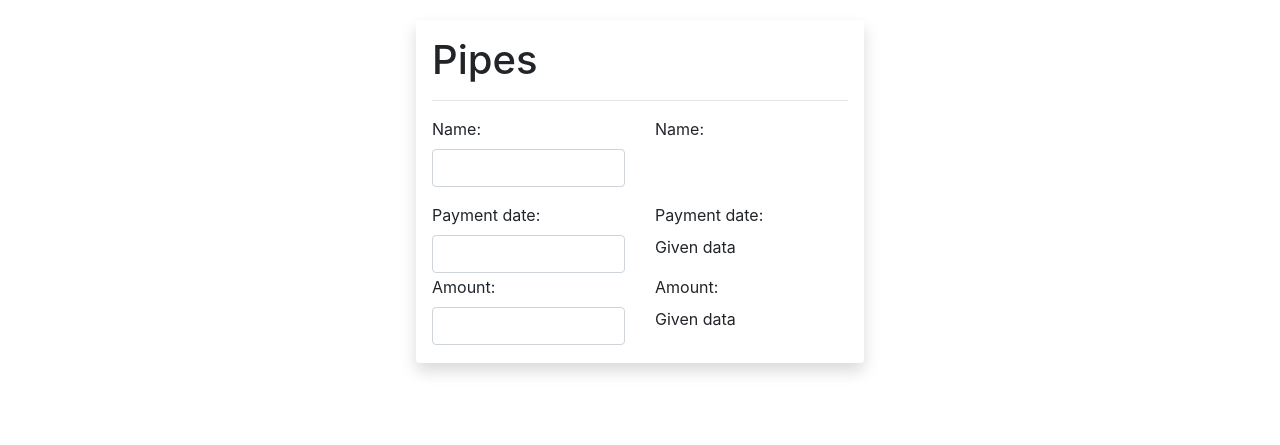
Repository: Evincars/udemy-angular
Page: / (app in pipes/)
An editor plug-in stored every save of this project. The page is shown before and after the next save, followed by the edit.
The browser window is 1280 px wide. The pictures show the whole page.
The project was rebuilt for these pictures with package versions that can differ from the ones it lists, and the page was loaded fresh each time. Also part of the build but not shown: pipes/angular.json.

Above is the page before, as saved 2020-04-05 10:23:25.

### pipes/src/app/app.component.ts
import { Component } from '@angular/core';

@Component({
  selector: 'app-root',
  templateUrl: './app.component.html',
  styleUrls: ['./app.component.scss']
})
export class AppComponent {
  public name: string = '';

  public onNameChange(enteredName: string) {
    this.name = enteredName;
  }
}

### pipes/src/app/app.component.html
<div class="container shadow p-3 mb-5 bg-white rounded">
  <h1>Pipes</h1>
  <hr />
  <div class="row my-3">
    <div class="col-md-6">
      <label>Name:</label>
      <input
        type="text"
        class="form-control"
        (input)="onNameChange($event.target.value)"
      />
    </div>
    <div class="col-md-6">
      <label>Name:</label>
      <p>{{ name }}</p>
    </div>
  </div>
  <div class="row">
    <div class="col-md-6">
      <label>Payment date:</label>
      <input type="text" class="form-control" />
    </div>
    <div class="col-md-6">
      <label>Payment date:</label>
      <p>Given data</p>
    </div>
  </div>
  <div class="row">
    <div class="col-md-6">
      <label>Amount:</label>
      <input type="text" class="form-control" />
    </div>
    <div class="col-md-6">
      <label>Amount:</label>
      <p>Given data</p>
    </div>
  </div>
</div>

### pipes/src/app/app.component.scss
.container {
  margin-top: 20px;
  width: 35%;
}

Loaded but not shown: pipes/src/index.html (common file); pipes/src/styles.scss (common file); pipes/src/main.ts (common file); pipes/src/app/app.module.ts (common file); pipes/src/environments/environment.ts (common file)

After the next save:
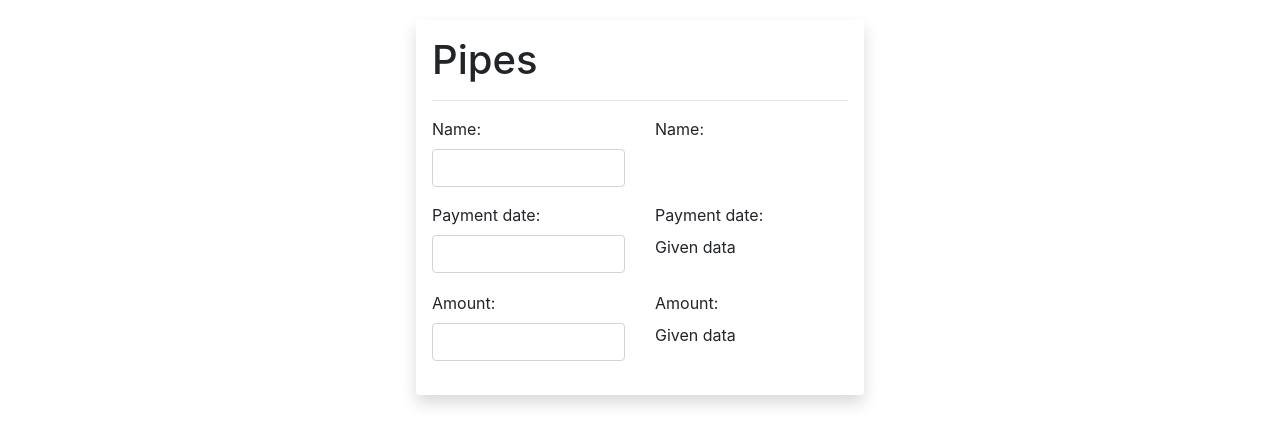
Saved 12 s later.
--- a/pipes/src/app/app.component.html
+++ b/pipes/src/app/app.component.html
@@ -15,7 +15,7 @@
       <p>{{ name }}</p>
     </div>
   </div>
-  <div class="row">
+  <div class="row my-3">
     <div class="col-md-6">
       <label>Payment date:</label>
       <input type="text" class="form-control" />
@@ -25,7 +25,7 @@
       <p>Given data</p>
     </div>
   </div>
-  <div class="row">
+  <div class="row my-3">
     <div class="col-md-6">
       <label>Amount:</label>
       <input type="text" class="form-control" />
